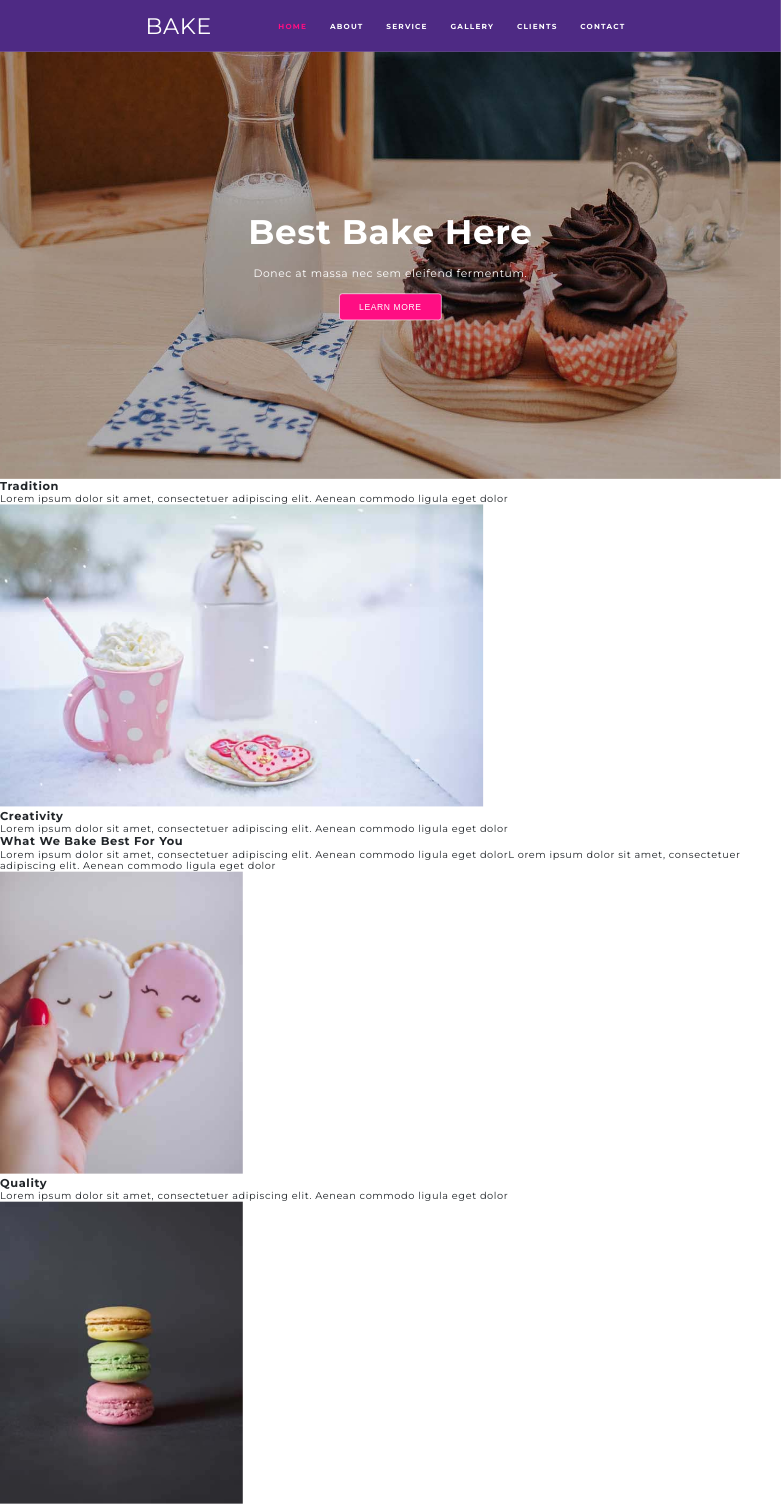
Repository: ducdatit2002/bake-cake
Page: index.html
The author's editor kept a copy of each file at every save. The page is drawn from the files as they stood at one save, then again after the next save.
The browser window is 1280 px wide. The pictures show the whole page, at 61% of full size.

Above is the page before, as saved 2023-07-13 12:01:05.

### index.html
<!DOCTYPE html>
<html lang="en">
<head>
    <meta charset="UTF-8">
    <meta name="viewport" content="width=device-width, initial-scale=1.0">
    <title>BAKE</title>
    <!-- FONT ICON -->
    <link rel="stylesheet" href="https://cdnjs.cloudflare.com/ajax/libs/font-awesome/6.4.0/css/all.min.css"
        integrity="sha512-iecdLmaskl7CVkqkXNQ/ZH/XLlvWZOJyj7Yy7tcenmpD1ypASozpmT/E0iPtmFIB46ZmdtAc9eNBvH0H/ZpiBw=="
        crossorigin="anonymous" referrerpolicy="no-referrer" />
    <!-- FONT GOOGLE -->
    <link rel="preconnect" href="https://fonts.googleapis.com">
    <link rel="preconnect" href="https://fonts.gstatic.com" crossorigin>
    <link href="https://fonts.googleapis.com/css2?family=Montserrat:wght@300;400;700&display=swap" rel="stylesheet">
    <!-- MAIN CSS -->
    <link rel="stylesheet" href="./index.css">

</head>
<body>
    <!-- HEADER -->
    <header>
        <div class="header__content">
            <p>BAKE</p>
            <nav>
                <ul>
                    <li class="active"><a href="#">HOME</a></li>
                    <li><a href="#">ABOUT</a></li>
                    <li><a href="#">SERVICE</a></li>
                    <li><a href="#">GALLERY</a></li>
                    <li><a href="#">CLIENTS</a></li>
                    <li><a href="#">CONTACT</a></li>
                </ul>
            </nav>
        </div>
    </header>
    <!-- CAROUSEL -->
    <section class="carousel">
        <div class="carousel__content">
            <h1>Best Bake Here</h1>
            <p>Donec at massa nec sem eleifend fermentum.</p>
            <button>LEARN MORE</button>
        </div>
    </section>
    <!-- INTRO -->
    <section class="intro">
        <div class="intro__item">
            <div>
                <h3>Tradition</h3>
                <p>Lorem ipsum dolor sit amet, consectetuer adipiscing elit. Aenean commodo ligula eget dolor</p>
            </div>
        </div>
        <div class="intro__item">
            <img src="./img/ab1.jpg" alt="intro 1">
        </div>
        <div class="intro__item">
            <div>
                <h3>Creativity</h3>
                <p>Lorem ipsum dolor sit amet, consectetuer adipiscing elit. Aenean commodo ligula eget dolor</p>
            </div>
        </div>
        <div class="intro__item">
            <div>
                <h3>What We Bake Best For You</h3>
                <p>Lorem ipsum dolor sit amet, consectetuer adipiscing elit. Aenean commodo ligula eget dolorL orem ipsum dolor sit amet,
                consectetuer adipiscing elit. Aenean commodo ligula eget dolor</p>
            </div>
        </div>
        <div class="intro__item">
            <img src="./img/ab2.jpg" alt="intro 2">
        </div>
        <div class="intro__item">
            <div>
                <h3>Quality</h3>
                <p>Lorem ipsum dolor sit amet, consectetuer adipiscing elit. Aenean commodo ligula eget dolor</p>
            </div>
        </div>
        <div class="intro__item">
            <img src="./img/ab3.jpg" alt="intro 3">
        </div>
    </section>
    <!-- NUMBER -->
    <section class="number"></section>
    <!-- SERVICES -->
    <section class="services"></section>
    <!-- GALLERY -->
    <section class="gallery"></section>
    <!-- TEAM MEMBER -->
    <section class="team"></section>
    <!-- FEEDBACK -->
    <section class="feedback"></section>
    <!-- CONTACT -->
    <section class="contact"></section>
    <!-- FOOTER -->
    <footer></footer>
</body>
</html>

### index.css
/* GLOBAL */
*{
    margin: 0;
    padding: 0;
    box-sizing: border-box;
}
html{
    font-size: 16px;
    /* 1 rem = 18px */
    /* Không khai báo thì 1 rem là 16px */

}
body {
    font-family: 'Montserrat', sans-serif;
    color: #212529;
    background-color: #fff;
    letter-spacing: 1px;
}
button {
    background-color: #ff0e83;
    border: 1px solid white;
    color: white;
    padding: 13px 32px;
    font-size: 0.875rem;
    border-radius: 5px;
    cursor: pointer;
    letter-spacing: 1px;
    transition: all 0.5s;
}
button:hover {
    background-color: white;
    color: black;
    border-color: #ff0e83;

}
/* HEADER */
header {
    background-color: #4e2a84;
    padding: 20px 0;
}
.header__content {
    width: 70%;
    margin: 0 auto;
    display: flex;
    justify-content: space-around;
    align-items: center;
}
.header__content ul {
    list-style: none;
}
.header__content ul a {
    text-decoration: none;
    color: white;
    font-weight: 700;
    font-size: 0.75rem;
    letter-spacing: 2px;
    /* transition-property: all;
    transition-duration: 1s;
    transition-delay: 0s;
    transition-timing-function: linear; */
    transition: all 1s;
}
.header__content ul a:hover {
    color: #ff0e83;
}
.header__content ul li {
    display: inline;
    margin: 0 1rem;
}
.header__content p {
    color: white;
    font-size: 2.3rem;
    /* 2.3 rem ~ 37px */
}
.header__content ul .active a {
    color: #ff0e83;
}

/* CAROUSEL */
.carousel{
    background-image: url(./img/b3.jpg);
    height: 700px;
    background-size: cover;
    background-position: center;
    color: white;
    text-align: center;
    display: flex;
    justify-content: center;
    align-items: center;
}
.carousel__content h1 {
    font-size: 3.5rem;
}
.carousel__content p {
    font-size: 1.1rem;
    padding: 23px 0;
}

After the next save:
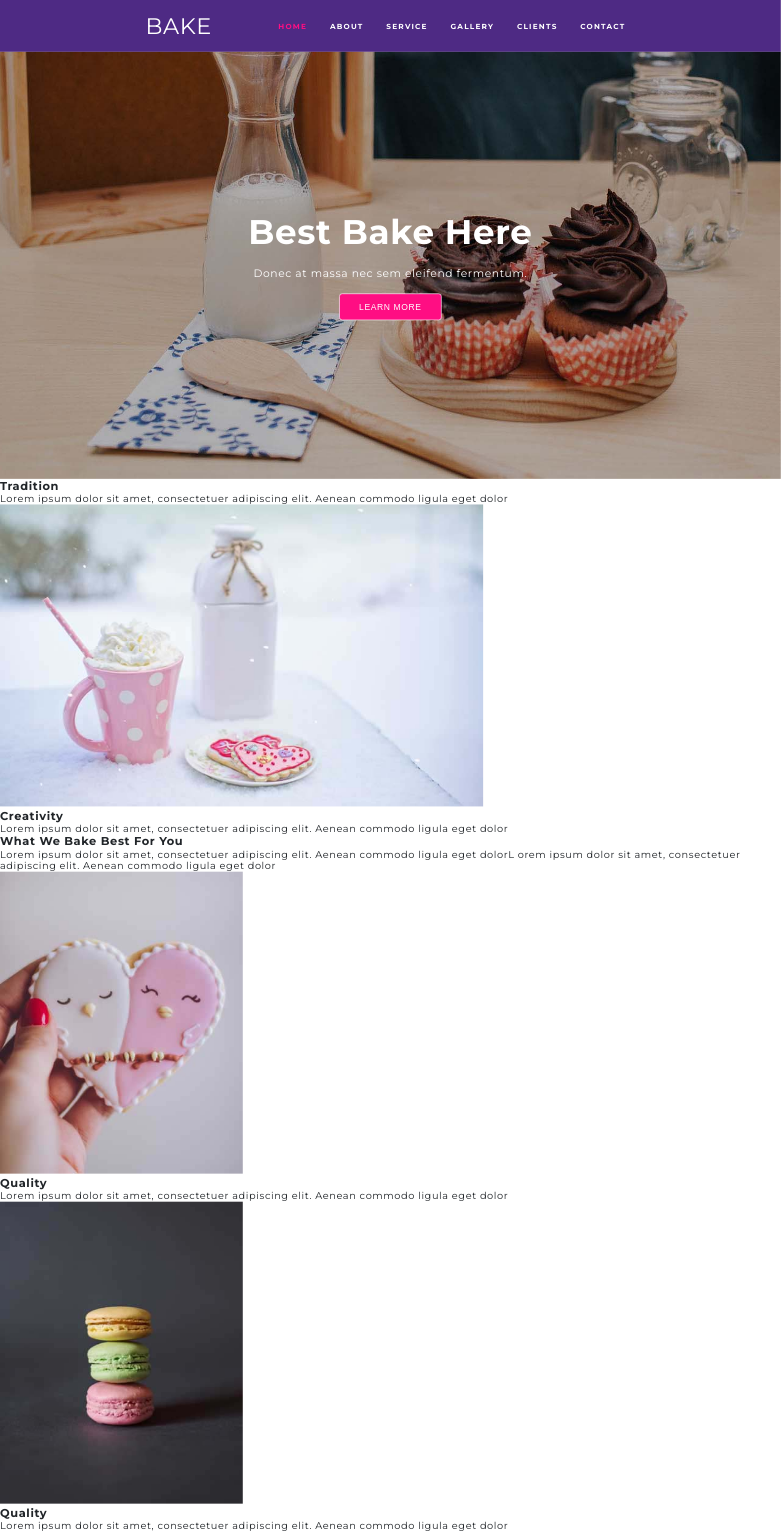
Saved 17 s later.
--- a/index.html
+++ b/index.html
@@ -77,6 +77,12 @@
         <div class="intro__item">
             <img src="./img/ab3.jpg" alt="intro 3">
         </div>
+        <div class="intro__item">
+            <div>
+                <h3>Quality</h3>
+                <p>Lorem ipsum dolor sit amet, consectetuer adipiscing elit. Aenean commodo ligula eget dolor</p>
+            </div>
+        </div>
     </section>
     <!-- NUMBER -->
     <section class="number"></section>
